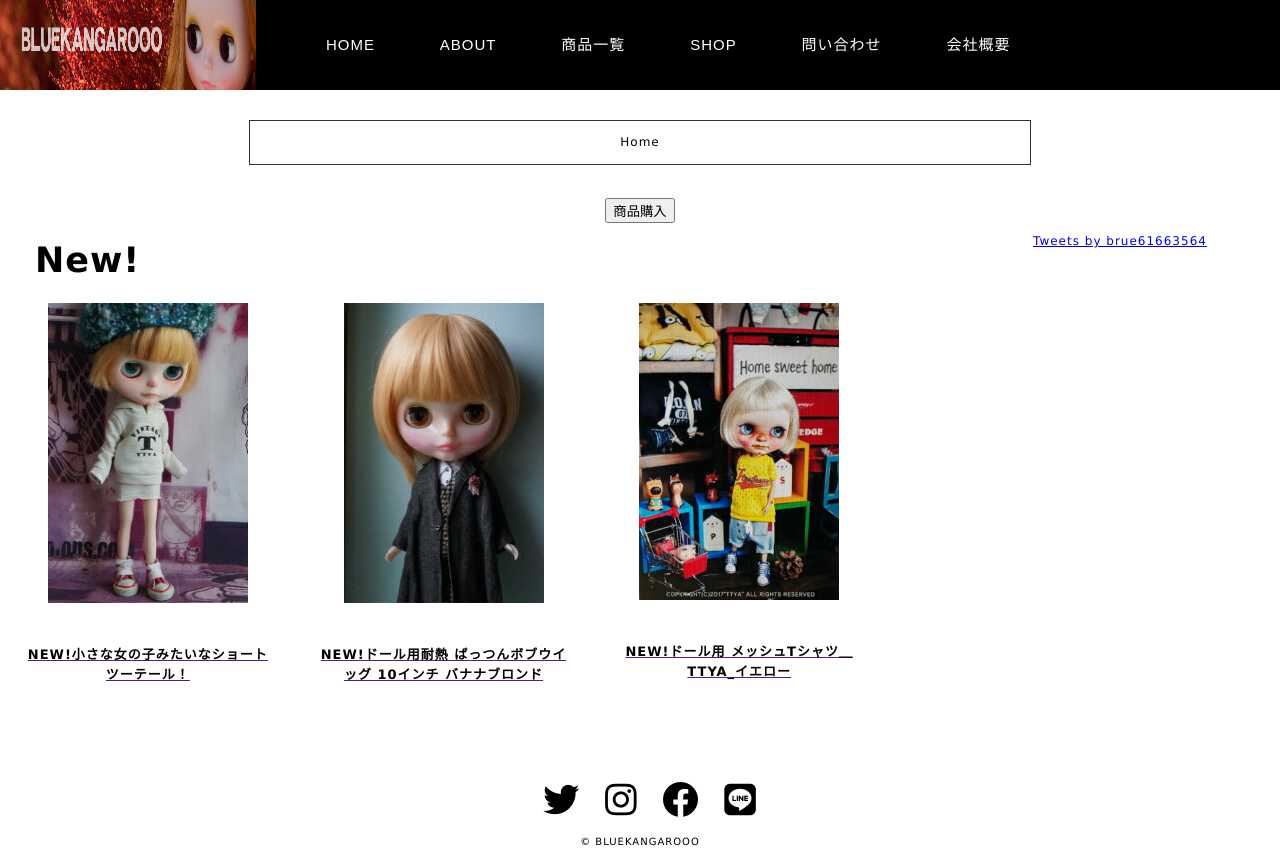
Repository: xiezom/test
Page: http://localhost/ecsite/
The author's editor kept a copy of each file at every save. The page is drawn from the files as they stood at one save, then again after the next save.
The browser window is 1280 px wide. The pictures show the whole page.
Some web libraries are served in a nearby version. The page is served by Tomcat 9. Other server files are loaded and not shown.

Above is the page before, as saved 2019-03-22 06:14:58.

### ecsite/WebContent/home.jsp
<%@ page language="java" contentType="text/html; charset=UTF-8"
    pageEncoding="UTF-8"%>
<%@ taglib prefix="s" uri="/struts-tags"%>
<!DOCTYPE html>
<html>
<head>

	<meta http-equiv="Content-Type" content="text/html; charset=utf8"/>
	<meta http-equiv="Content-Style-Type" content="text/css"/>
	<meta http-equiv="Content-Script-Type" content="text/javascript"/>
	<meta http-equiv="imagetoolbar" content="no">
	<meta name="description" content=""/>
	<meta name="keywords" content=""/>

	<title>HOME画面</title>

	<link rel="stylesheet" type="text/css" href="./css/home_style.css">
	<link rel="stylesheet" href="https://use.fontawesome.com/releases/v5.8.1/css/all.css" integrity="sha384-50oBUHEmvpQ+1lW4y57PTFmhCaXp0ML5d60M1M7uH2+nqUivzIebhndOJK28anvf" crossorigin="anonymous">

</head>
<body>

	<div class="header">
		<img class="logo" alt="blueKangarooo" src="./img/logo.jpg">
		<ul>
            <li>HOME</li>
            <li>ABOUT</li>
            <li>商品一覧</li>
            <li>SHOP</li>
            <li>問い合わせ</li>
            <li>会社概要</li>
        </ul>

	</div>

	<div class="main">
		<div class="top">
			<p>Home</p>
		</div>
		<div class="text-center">
			<s:form action="HomeAction">
				<s:submit value="商品購入"/>
			</s:form>
		</div>
			<s:if test="#session.id != null">
				<p>ログアウトする場合は
					<a href='<s:url action="LogoutAction"/>'>こちら</a></p>
				<p>マイページは
					<a href='<s:url action="MyPageAction"/>'>こちら</a></p>
			</s:if>

		<div class="main-container">
			<div class="left">
			<section id="News">

				<div class="headin-box"><h2>New!</h2></div>

				<div class="entry">
					<a href="">
					<img class="img" src="./img/1.jpg">
					<h3>NEW!小さな女の子みたいなショートツーテール！</h3>
					</a>
				</div>


				<div class="entry">
					<a href="">
					<img class="img" src="./img/2.jpg">
					<h3>NEW!ドール用耐熱 ぱっつんボブウイッグ 10インチ バナナブロンド</h3>
					</a>
				</div>

				<div class="entry">
					<a href="">
					<img class="img" src="./img/3.jpg">
					<h3>NEW!ドール用 メッシュTシャツ＿ TTYA_イエロー</h3>
					</a>
				</div>
			</section>

			</div>
			<div class="right">
				<a class="twitter-timeline" height="400px" href="https://twitter.com/brue61663564">
				Tweets by brue61663564</a>
				<script async src="https://platform.twitter.com/widgets.js" charset="utf-8"></script>
			</div>
		</div>
	</div>

	<div class="footer">
	<nav>
		<ul class="social">
			<li><a href="" target="_blank"><i class="fab fa-twitter fa-3x"></i></a>
			</li>
			<li><a href="" target="_blank"><i class="fab fa-instagram fa-3x"></i></a>
			</li>
			<li><a href="" target="_blank"><i class="fab fa-facebook fa-3x"></i></a>
			</li>
			<li><a href="" target="_blank"><i class="fab fa-line fa-3x"></i></a>
			</li>
		</ul>
	</nav>
		<p class="copy"><small>&copy; BLUEKANGAROOO</small></p>
	</div>


</body>
</html>

### ecsite/WebContent/css/home_style.css
@CHARSET "UTF-8";


		body {
			margin: 0;
			padding: 0;
			line-height: 1.6;
			letter-spacing: 1px;
			font-family: Verdana,Helvetica,sans-serif;
			font-size: 12px;
			background: #fff;
		}

		ul {
			list-style-type: none;
		}

		.top {
			width: 780px;
			margin: 30px auto;
			border: 1px solid #333;
		}

		.header {
			width: 100%;
			height: 90px;
			background-color: black;
			overflow: hidden;
		}

		.logo {
			float: left;
			height: 90px;
			width: 20%;
			display: inline-block;
		}

		.header ul {
			text-align: center;
			display: inline-block;
			margin: 0 auto;
		}

		.header ul li {
		    display: inline-block;
		    padding-left: 30px;
		    padding-right: 30px;
		    line-height: 90px;
		    font-size: 15px;
		    font-family: 游ゴシック, YuGothic, meiryo, sans-serif;
		    color: #fff;
		}

		.main {
			clear: both;
			width: 100%;
			height: auto;
			text-align: center;
		}

		.text-center {
			display: inline-block;
			text-align: center;
		}

		.main-container {
			width: 100%;
			height: 500px
		}

		.left {
			float: left;
			width: 70%;
		}

		.entry {
			float: left;
			width: 33%;
		}

		.entry img {
		    -moz-transition: -moz-transform 0.5s linear;
		    -webkit-transition: -webkit-transform 0.5s linear;
		    -o-transition: -o-transform 0.5s linear;
		    -ms-transition: -ms-transform 0.5s linear;
		    transition: transform 0.5s linear;
		}

		.entry img:hover {
		    -webkit-transform: scale(1.2);
		    -moz-transform: scale(1.2);
		    -o-transform: scale(1.2);
		    -ms-transform: scale(1.2);
		    transform: scale(1.2);
		}

		#News h3 {
			padding: 22px 25px 12px;
    		font-size: 13px;
    		color: black;
		}

		.headin-box h2 {
			margin-left: 1em;
			margin-top: 0;
			margin-bottom: 15px;
			font-size: 35px;
			text-align: left;
		}

		.right {
			float: right;
			width: 25%;
		}

		.footer {
			margin-top: 50px;
			width:100%;
			height: 80px;
			clear: both;
			text-align: center;
		}

		.sosial {
			text-align: center;
		}
		.social li {
			display: inline-block;
			margin-right: 20px;
		}

		.fab {
			color: black;
		}

		.copy {
			clear: both;
			text-align: center;
		}

After the next save:
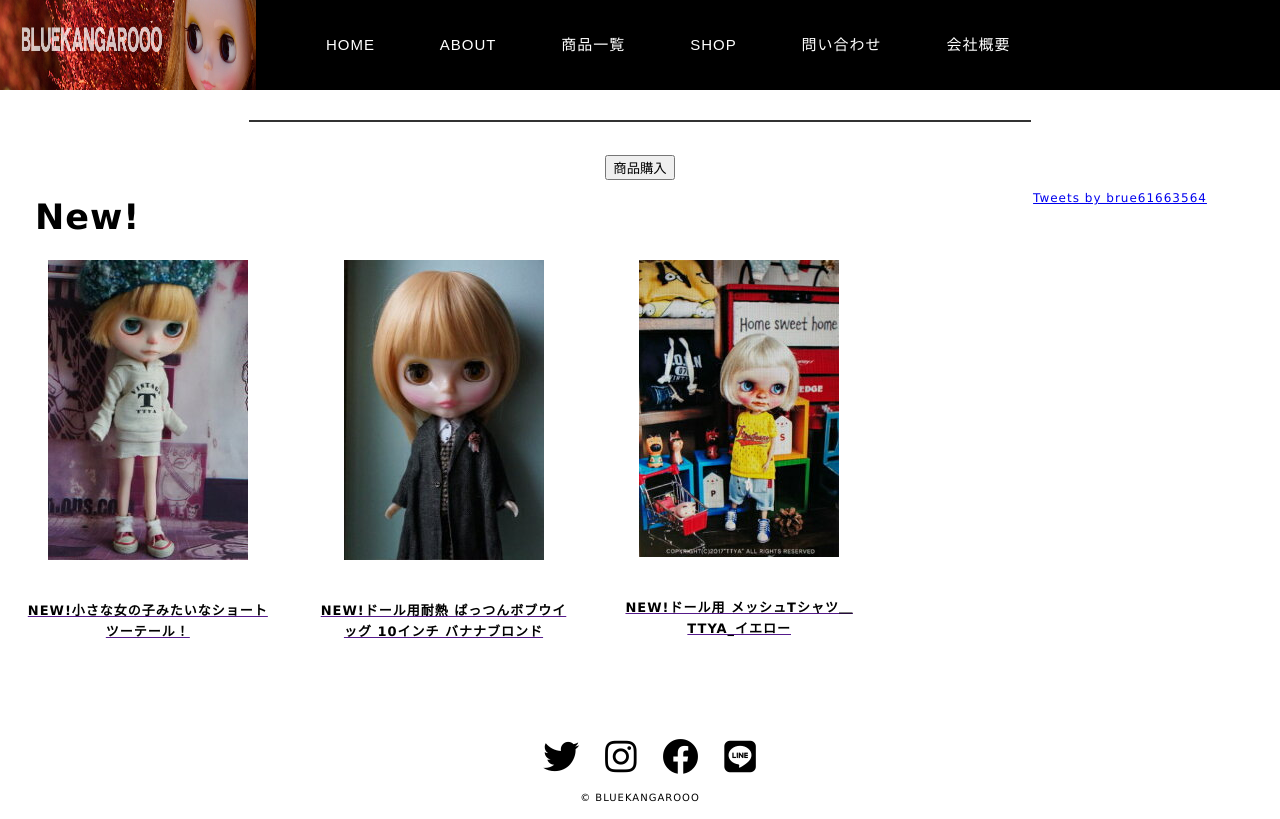
Saved 4 min 40 s later.
--- a/ecsite/WebContent/home.jsp
+++ b/ecsite/WebContent/home.jsp
@@ -35,7 +35,6 @@
 
 	<div class="main">
 		<div class="top">
-			<p>Home</p>
 		</div>
 		<div class="text-center">
 			<s:form action="HomeAction">
